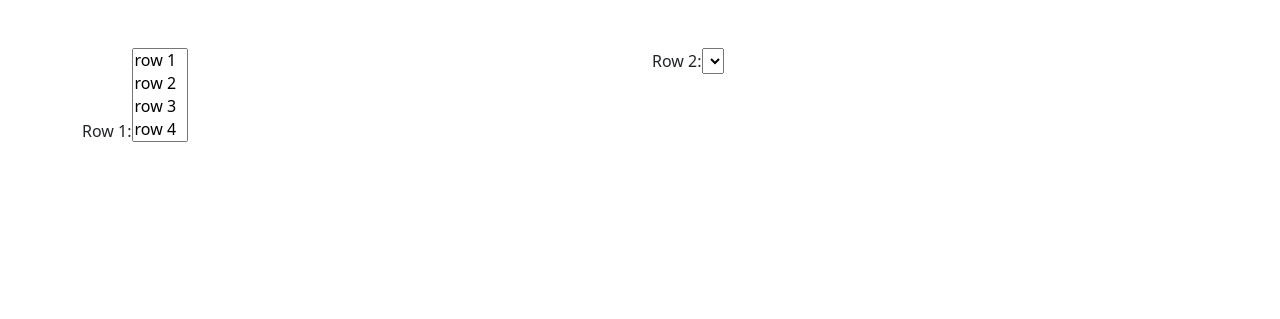
Repository: ishanbassi/iotasol-assignments
Page: /iotasol/work-10
An editor plug-in stored every save of this project. The page is shown before and after the next save, followed by the edit.
The browser window is 1280 px wide. The pictures show the whole page.
The project was rebuilt for these pictures with package versions that can differ from the ones it lists, and the page was loaded fresh each time. The framework's server and built-in components were replaced by stand-ins that run in the browser. Also part of the build but not shown: styles/global.css.

Above is the page before, as saved 2022-11-11 16:22:55.

After the next save:
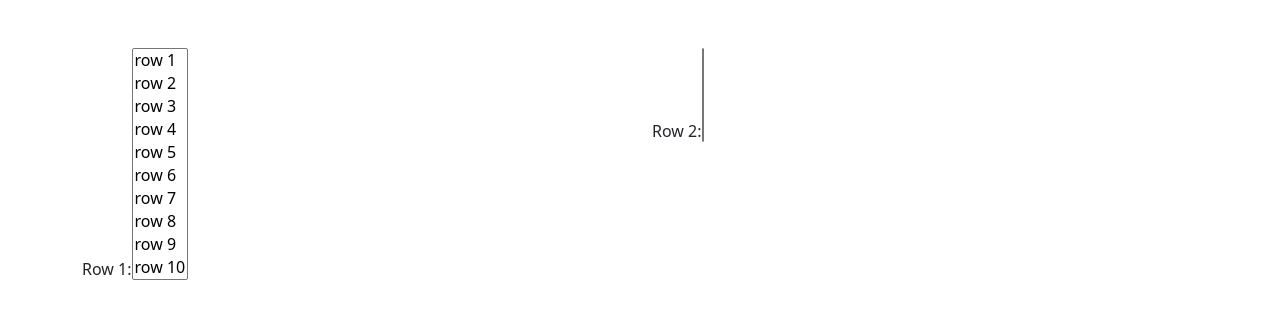
Saved 116 s later.
--- a/pages/iotasol/work-10.tsx
+++ b/pages/iotasol/work-10.tsx
@@ -10,7 +10,7 @@ export default function App() {
             <Row className="mt-5">
                 <Col >
                     <label htmlFor="select1">Row 1:</label>
-                    <select name="select1" id="select1" multiple>
+                    <select name="select1" id="select1" multiple size={10}>
                         {
                             select1Values.map(val => {
                                 return <option value={val}>{val}</option>
@@ -20,7 +20,7 @@ export default function App() {
                 </Col>
                 <Col>
                     <label htmlFor="select2">Row 2:</label>
-                    <select name="select2" id="select2" >
+                    <select name="select2" id="select2" multiple>
                         {
                             select2Values.map(val => {
                                 return <option value={val}>{val}</option>
